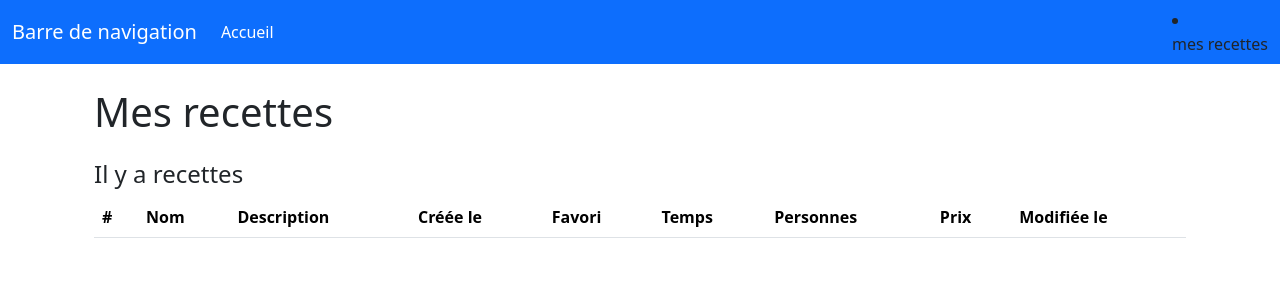
Repository: IslamBoubaker/marmit
Page: templates/pages/recipe/index.html.twig
The author's editor kept a copy of each file at every save. The page is drawn from the files as they stood at one save, then again after the next save.
The browser window is 1280 px wide. The pictures show the whole page.
The page is a Twig template of a Symfony application; nobody is signed in and links lead nowhere. The template is opened directly, without the code that normally fills it, so the values that code supplies are empty.

Above is the page before, as saved 2025-06-24 16:02:45.

### templates/pages/recipe/index.html.twig
{% extends 'base.html.twig' %}

{% block title %}Liste des recettes
{% endblock %}

{% block body %}
	<div class="container mt-4">
		{% if not recipes.items is same as([]) %}
			<h1>Mes recettes</h1>
			<div class="count mt-4">
				<h4>Il y a {{ recipes.getTotalItemCount() }} recettes</h4>
			</div>
			<table class="table table-striped">
				<thead>
					<tr>
						<th scope="col">#</th>
						<th scope="col">Nom</th>
						<th scope="col">Description</th>
						<th scope="col">Créée le</th>
						<th scope="col">Favori</th>
						<th scope="col">Temps</th>
						<th scope="col">Personnes</th>
						{# <th scope="col">Difficulté</th> #}
						<th scope="col">Prix</th>
						<th scope="col">Modifiée le</th>
						{# <th scope="col">Actions</th> #}
					</tr>
				</thead>
				<tbody>
					{% for recipe in recipes %}
						<tr class="table-primary">
                        <th scope="row">{{ recipe.id }}</th>
							<td>{{ recipe.name }}</td>
							{# <td>{{ recipe.description|length > 50 ? recipe.description|slice(0, 50) ~ '...' : recipe.description }}</td> #}
							<td>{{ recipe.createdAt ? recipe.createdAt|date('Y-m-d') : '' }}</td>
							{# <td>{{ recipe.isFavorite ? 'Oui' : 'Non' }}</td> #}
							<td>{{ recipe.time ? recipe.time ~ ' min' : '' }}</td>
							{# <td>{{ recipe.nbPeople ?? '-' }}</td> #}
							<td>{{ recipe.difficulty ?? '-' }}</td>
							<td>{{ recipe.price is not null ? recipe.price ~ ' €' : '-' }}</td>
							{# <td>{{ recipe.updatedAt ? recipe.updatedAt|date('Y-m-d') : '' }}</td> #}
							<td>
                            TODO
							</td>
                            <td>
                            TODO
                            </td>
						</tr>
                        {% endfor %}
                        </tbody>
			</table>
           <div class="navigation d-flex justify-content-center">
           {{ knp_pagination_render(recipes)}}

            </div>
                    {% else %}
						<h4>Il n'y a pas de recettes</h4>
					{% endif %}
</div>
{% endblock %}

### templates/base.html.twig
<!DOCTYPE html>
<html>
<head>
    <meta charset="UTF-8">
    <title>{% block title %}Welcome!{% endblock %}</title>
    <link rel="icon" href="data:[embedded picture, 143 characters]">

    {% block stylesheets %}
        <link rel="stylesheet" href="https://cdn.jsdelivr.net/npm/bootstrap@5.3.7/dist/css/bootstrap.min.css">
    {% endblock %}

    {% block javascripts %}
        <script src="https://cdn.jsdelivr.net/npm/bootstrap@5.3.7/dist/js/bootstrap.bundle.min.js"></script>
    {% endblock %}
</head>

    <body>
    {% include 'pages/Partials/_header.html.twig' %}

</body>


    <main class="container mt-4">
        {% block body %}{% endblock %}
    </main>

</html>

### templates/pages/Partials/_header.html.twig
<nav class="navbar navbar-expand-lg bg-primary" data-bs-theme="dark">
  <div class="container-fluid">
    <a class="navbar-brand" href="{{ path('app_home') }}"> <font style="vertical-align: inherit;"><font style="vertical-align: inherit;">Barre de navigation</font></font></a>
    <button class="navbar-toggler" type="button" data-bs-toggle="collapse" data-bs-target="#navbarColor01" aria-controls="navbarColor01" aria-expanded="false" aria-label="Basculer la navigation">
      <span class="navbar-toggler-icon"></span>
    </button>
    <div class="collapse navbar-collapse" id="navbarColor01">
      <ul class="navbar-nav me-auto">
        <li class="nav-item">
          <a class="nav-link active" href="{{ path('app_home') }}"><font style="vertical-align: inherit;"><font style="vertical-align: inherit;"> Accueil
            </font></font><span class="visually-hidden"><font style="vertical-align: inherit;"><font style="vertical-align: inherit;">(current)</font></font></span>
          </a>

          </div>
        </li>
        <li class="nav-item">
          <a class="nav-link active" href="{{ path('app_ingredient') }}">
            <span class="visually-hidden">(current)</span>

            <a class="nav-link active" href="{{ path('app_recipe_index') }}">mes recettes</a>
          </a>
        </li>
      </ul>

    </div>
  </div>
</nav>

After the next save:
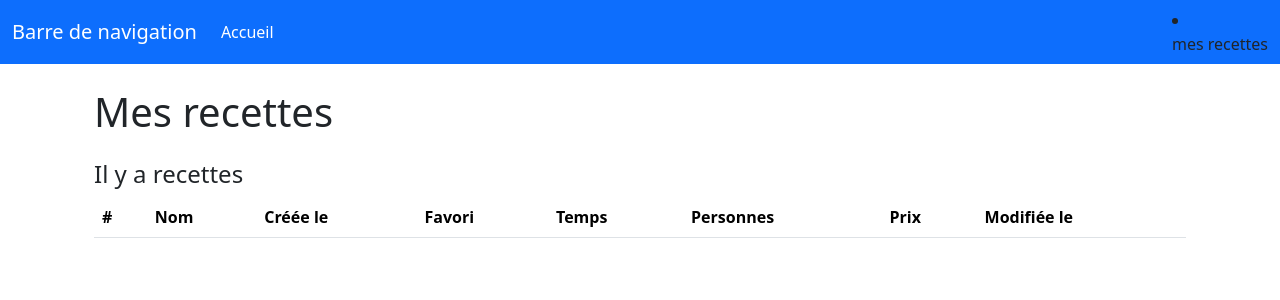
Saved 6 s later.
--- a/templates/pages/recipe/index.html.twig
+++ b/templates/pages/recipe/index.html.twig
@@ -15,7 +15,7 @@
 					<tr>
 						<th scope="col">#</th>
 						<th scope="col">Nom</th>
-						<th scope="col">Description</th>
+						{# <th scope="col">Description</th> #}
 						<th scope="col">Créée le</th>
 						<th scope="col">Favori</th>
 						<th scope="col">Temps</th>
